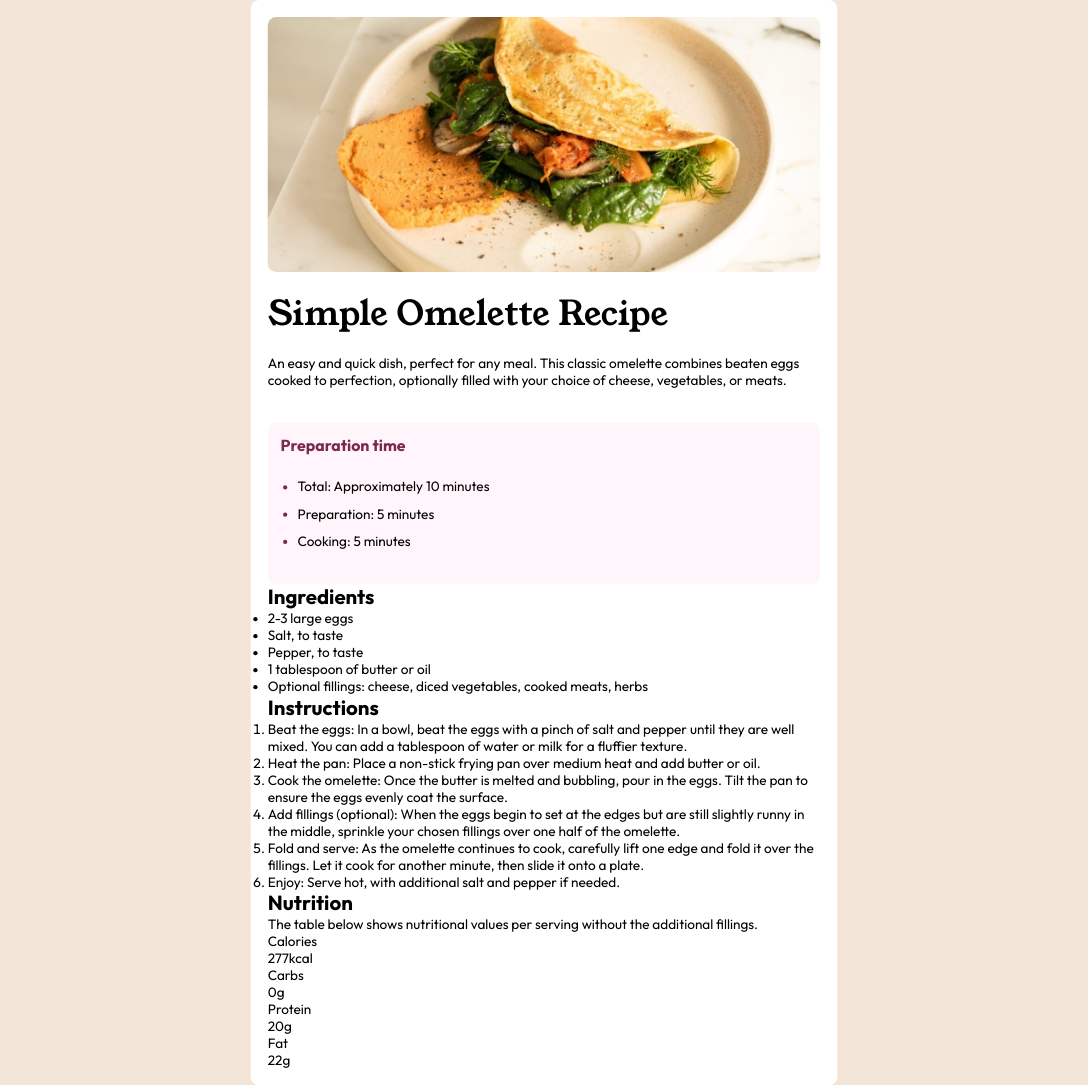
Repository: reemoon-ctrl/mine-recipe-page-main
Page: index1.html
These files come from the project's save history. The page is drawn as it stood at one moment and after the next save; the edit follows.
The browser window is 1280 px wide. The pictures show the whole page, at 85% of full size.

Above is the page before, as saved 2024-08-11 15:34:01.

### index1.html
<!DOCTYPE html>
<html lang="en">
<head>
    <meta charset="UTF-8">

    <style>
        @import url('https://fonts.googleapis.com/css2?family=Open+Sans:ital,wght@0,300..800;1,300..800&family=Outfit:wght@100..900&family=Poppins:ital,wght@0,100;0,200;0,300;0,400;0,500;0,600;0,700;0,800;0,900;1,100;1,200;1,300;1,400;1,500;1,600;1,700;1,800;1,900&family=Young+Serif&display=swap');
        @import url('https://fonts.googleapis.com/css2?family=Open+Sans:ital,wght@0,300..800;1,300..800&family=Poppins:ital,wght@0,100;0,200;0,300;0,400;0,500;0,600;0,700;0,800;0,900;1,100;1,200;1,300;1,400;1,500;1,600;1,700;1,800;1,900&family=Young+Serif&display=swap');
    </style>
        <meta name="viewport" content="width=device-width, initial-scale=1.0">
    <link rel="stylesheet" href="/style.css">
    <title>ommelette</title>
</head>
<body>
    <div class="page-center">
        <div class="container">
            <header>
            <div class="rec-img"></div>
            <h1>Simple Omelette Recipe</h1>

            <p>An easy and quick dish, perfect for any meal.
            This classic omelette combines beaten eggs cooked
            to perfection, optionally filled with your choice
            of cheese,
            vegetables, or meats.</p>
            </header>

            <div class="prep-time">
                <h3>Preparation time</h3>


                <ul>
                <li>Total: Approximately 10 minutes</li>
                <li>Preparation: 5 minutes</li>
                <li>Cooking: 5 minutes</li>
                </ul>
            </div>

            <h2>Ingredients</h2>
            <ul>
            <li>2-3 large eggs</li>
            <li>Salt, to taste</li>
            <li>Pepper, to taste</li>
            <li>1 tablespoon of butter or oil</li>
            <li>Optional fillings: cheese, diced vegetables, cooked meats, herbs</li>
            </ul>






            <h2>Instructions</h2>
            <ol>
            <li>Beat the eggs: In a bowl, beat the eggs with a pinch of salt and pepper until they are well mixed.
                You can add a tablespoon of water or milk for a fluffier texture.</li>
            <li>Heat the pan: Place a non-stick frying pan over medium heat and add butter or oil.</li>
            <li>Cook the omelette: Once the butter is melted and bubbling, pour in the eggs. Tilt the pan to ensure
                the eggs evenly coat the surface.</li>
            <li>Add fillings (optional): When the eggs begin to set at the edges but are still slightly runny in the
                middle, sprinkle your chosen fillings over one half of the omelette.</li>
            <li>Fold and serve: As the omelette continues to cook, carefully lift one edge and fold it over the
                fillings. Let it cook for another minute, then slide it onto a plate.</li>
            <li>Enjoy: Serve hot, with additional salt and pepper if needed.</li>
            </ol>

            <h2>Nutrition</h2>

            <p>The table below shows nutritional values per serving without the additional fillings.</p>

            <div>Calories</div>
            <div>277kcal</div>

            <div>Carbs</div>
            <div>0g</div>

            <div>Protein</div>
            <div>20g</div>

            <div>Fat</div>
            <div>22g</div>
         </div>
    </div>
</body>
</html>

### style.css
*{
    padding: 0;
    margin: 0;
    box-sizing: border-box;
}
body{
    background: hsl(30, 54%, 90%);
    font-family: "Outfit", sans-serif;
    font-optical-sizing: auto;
    font-weight: 400;
    font-style: normal;

}
.rec-img{


    border-radius:10px ;
    height: 300px;
    background: url('/image-omelette.jpeg')no-repeat center center/cover;
}
.container{
    background: #fff;
    border-radius: 10px;
    margin:auto;
    /* margin: auto; */
    max-width:690px;
    padding: 20px;

}
.page-center{
    height: 100vh;
    display: grid;
    grid-template-columns: 960px;
    align-items: center;
    justify-content:space-around;
}
.prep-time{
    background: hsl(330, 100%, 98%);
    padding: 15px;
    border-radius: 10px;
}
.prep-time ul{
    padding: 20px;
}
.prep-time ul li{
    line-height: 2;
}
.prep-time ul li::marker {
    color: hsl(332, 51%, 32%);
  }

.prep-time h3{
    color: hsl(332, 51%, 32%);
    /*  */

}
h1{
    padding: 20px 0;
    font-size: 40px;
    font-family: "Young Serif", serif;
    font-weight: 400;
    font-style: normal;
}
header p{
    padding-bottom:40px ;
    font-size: 16px;
}

After the next save:
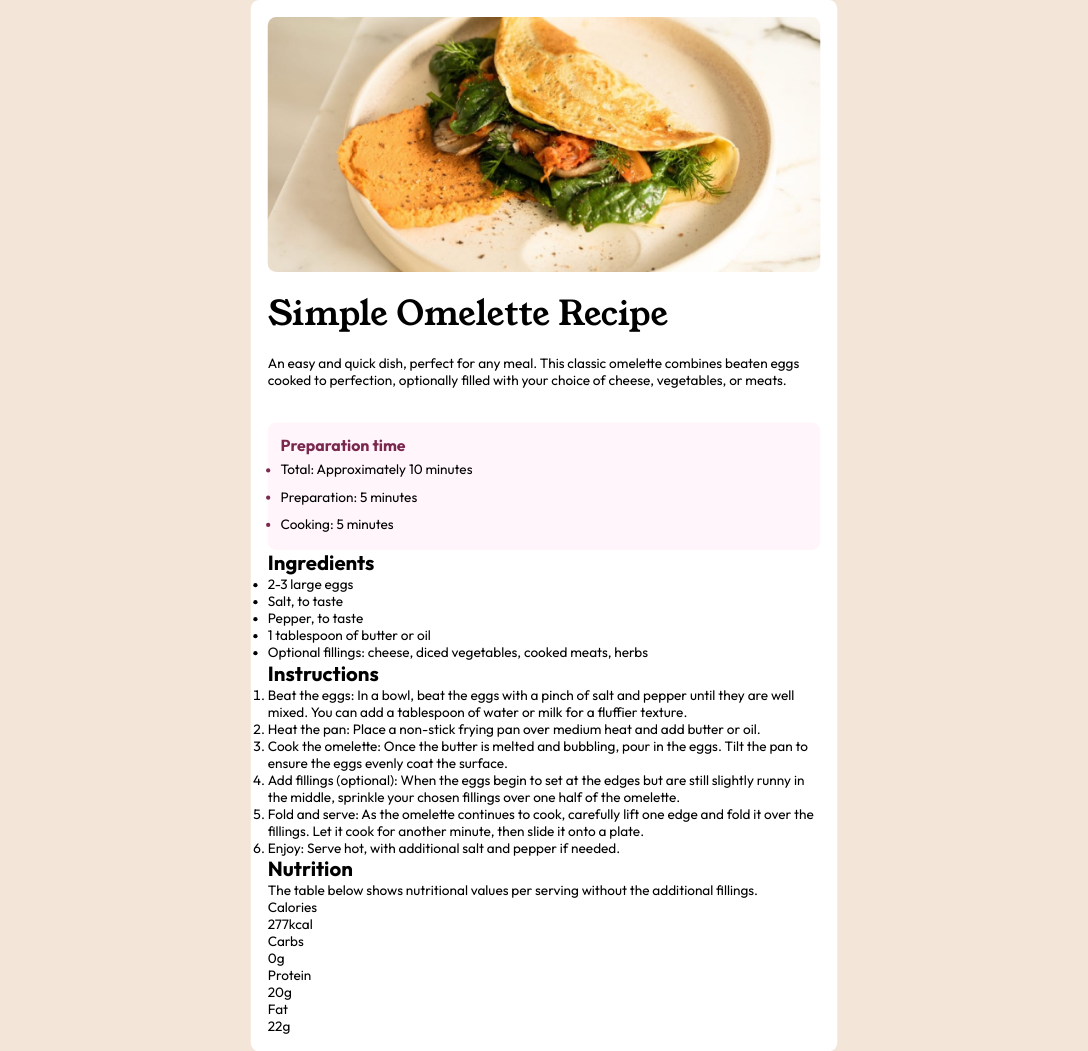
Saved 24 s later.
--- a/style.css
+++ b/style.css
@@ -39,6 +39,7 @@
     padding: 15px;
     border-radius: 10px;
 }
+.prep-time ul li
 .prep-time ul{
     padding: 20px;
 }

After the 4 saves that followed:
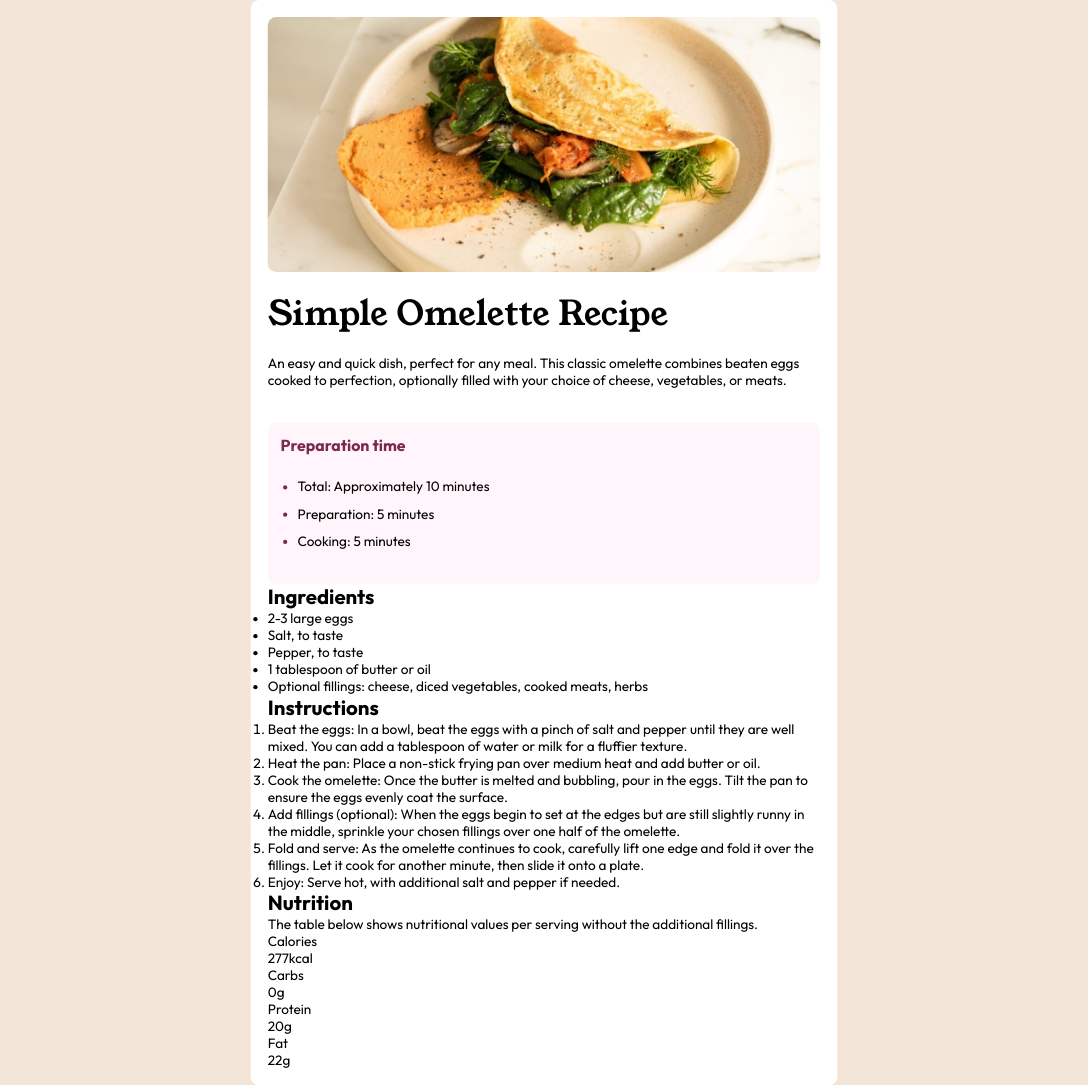
The 4 saves are shown as one change because they came seconds apart.
The last was saved 10 s later.
--- a/style.css
+++ b/style.css
@@ -39,7 +39,9 @@
     padding: 15px;
     border-radius: 10px;
 }
-.prep-time ul li
+.prep-time li{
+
+}
 .prep-time ul{
     padding: 20px;
 }
